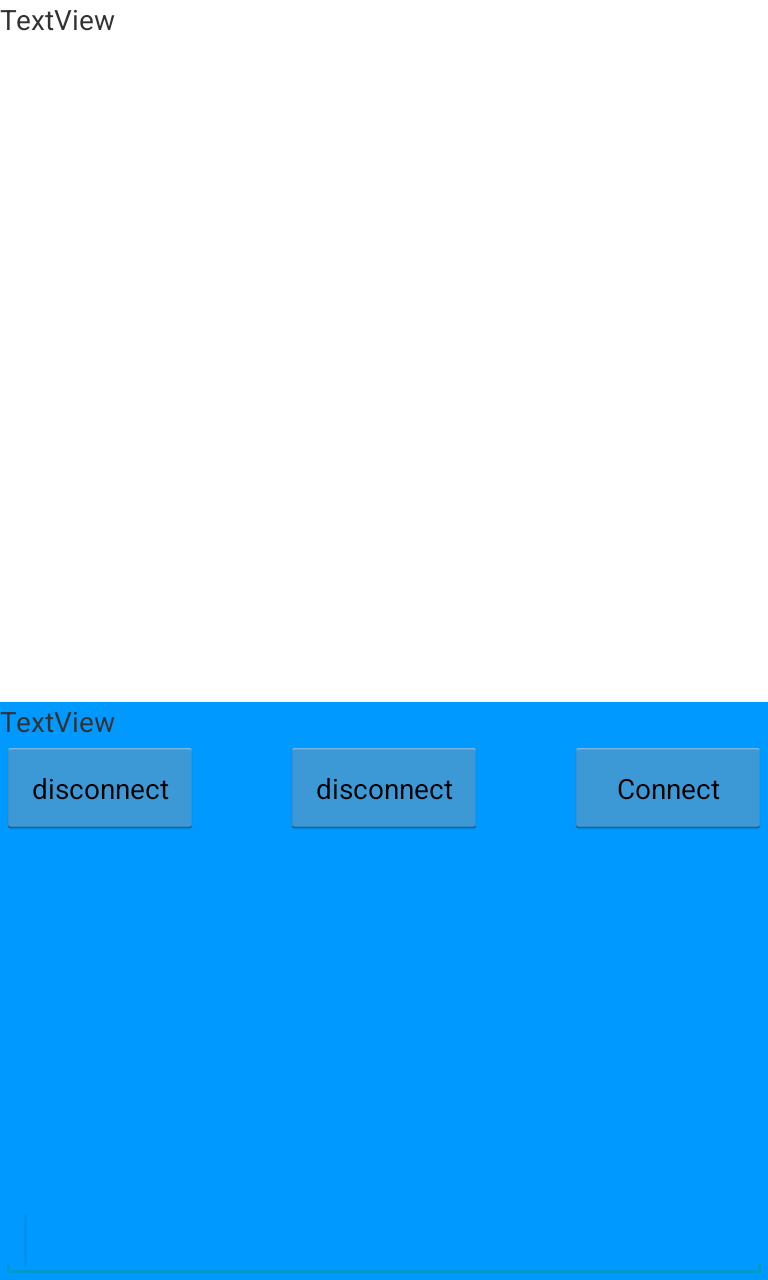
Repository: Clonedpirate/BtSshPwnPI
Layout: HackDroid/res/layout/terminal.xml
These files come from the project's save history. The layout is drawn as it stood at one moment and after the next save; the edit follows.
It is drawn on a 768 x 1280 px phone screen (xhdpi) without system bars, with theme AppTheme; the app's code is not run.

Above is the layout before, as saved 2014-06-19 10:25:05.

After the next save:
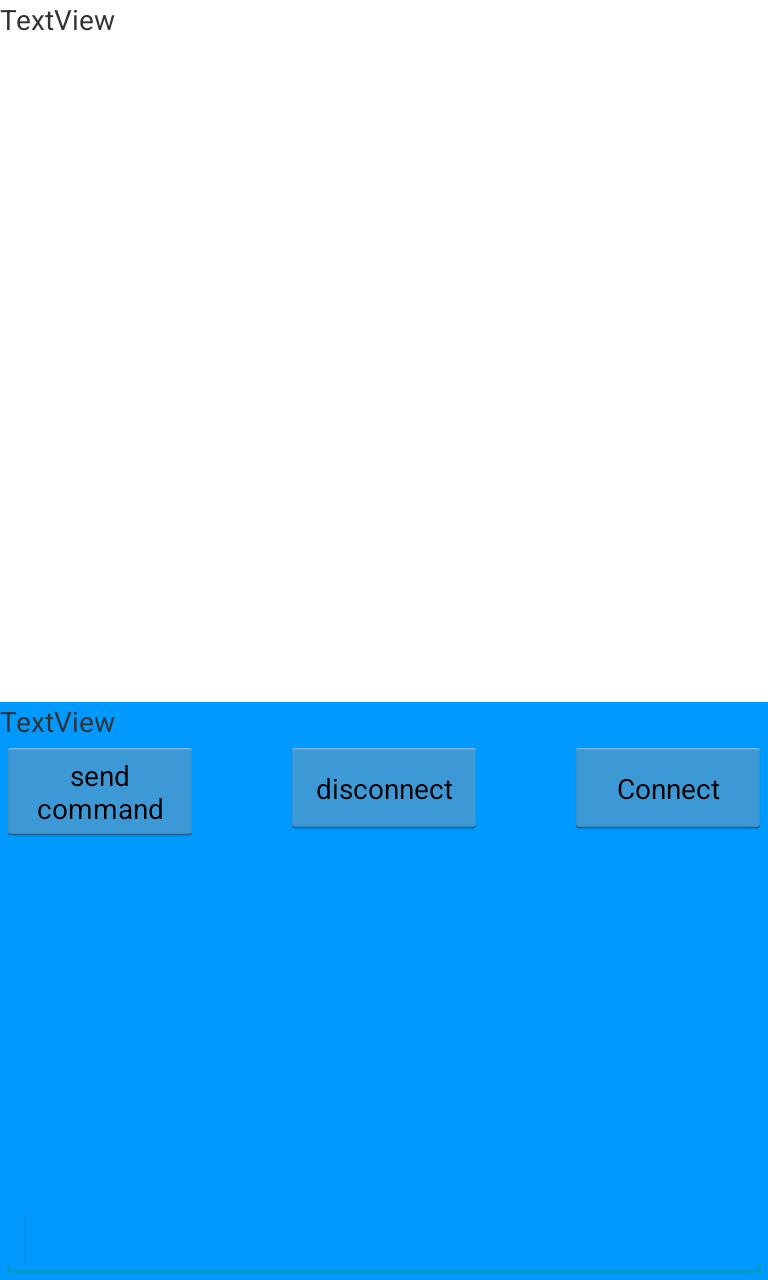
Saved 5 s later.
--- a/HackDroid/res/layout/terminal.xml
+++ b/HackDroid/res/layout/terminal.xml
@@ -57,6 +57,6 @@
         android:layout_height="wrap_content"
         android:layout_alignParentLeft="true"
         android:layout_below="@+id/IPtext"
-        android:text="disconnect" />
+        android:text="send command" />
 
 </RelativeLayout>
